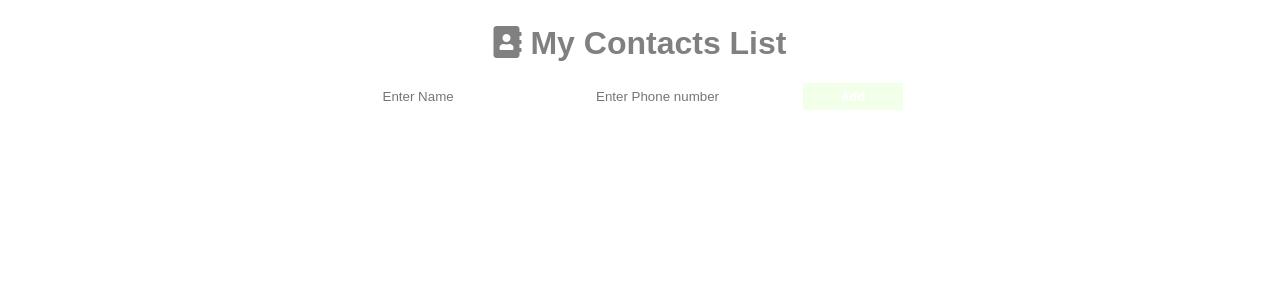
Repository: Sayan-100/Contact-List
Page: http://localhost/
These files come from the project's save history. The page is drawn as it stood at one moment and after the next save; the edit follows.
The browser window is 1280 px wide. The pictures show the whole page.
Some web libraries are served in a nearby version. The page is served by the project's Node server (index.js). Queries for data that is not in the repository find no rows.

Above is the page before, as saved 2022-01-09 21:50:42.

After the next save:
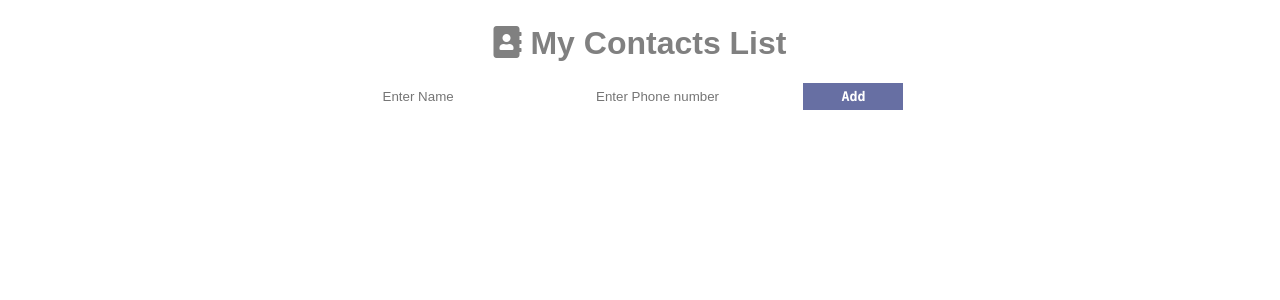
Saved 22 s later.
--- a/assets/css/home.css
+++ b/assets/css/home.css
@@ -36,7 +36,7 @@
     button {
         padding: 6px;
         width: 100px;
-        background-color: #F2FFE9;
+        background-color: #676FA3;
         font-family: monaco;
         font-weight: 600;
         color: white;
